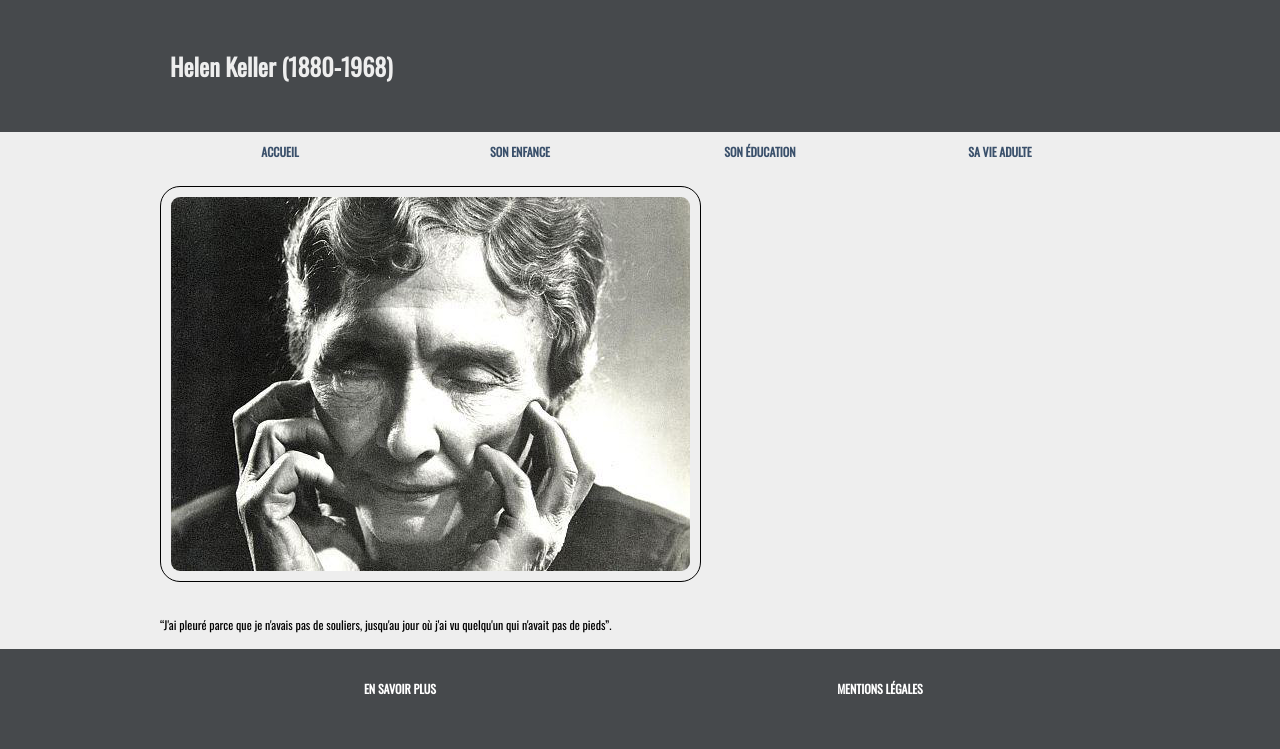
Repository: Luc010/Exercices
Page: HTML CSS/biographie_helen_keller/index.html
The author's editor kept a copy of each file at every save. The page is drawn from the files as they stood at one save, then again after the next save.
The browser window is 1280 px wide. The pictures show the whole page.

Above is the page before, as saved 2019-09-05 14:38:23.
Console error: ReferenceError: cookieChoices is not defined
Not found: HTML CSS/votre-repertoire/cookiechoices.js

After the next save:
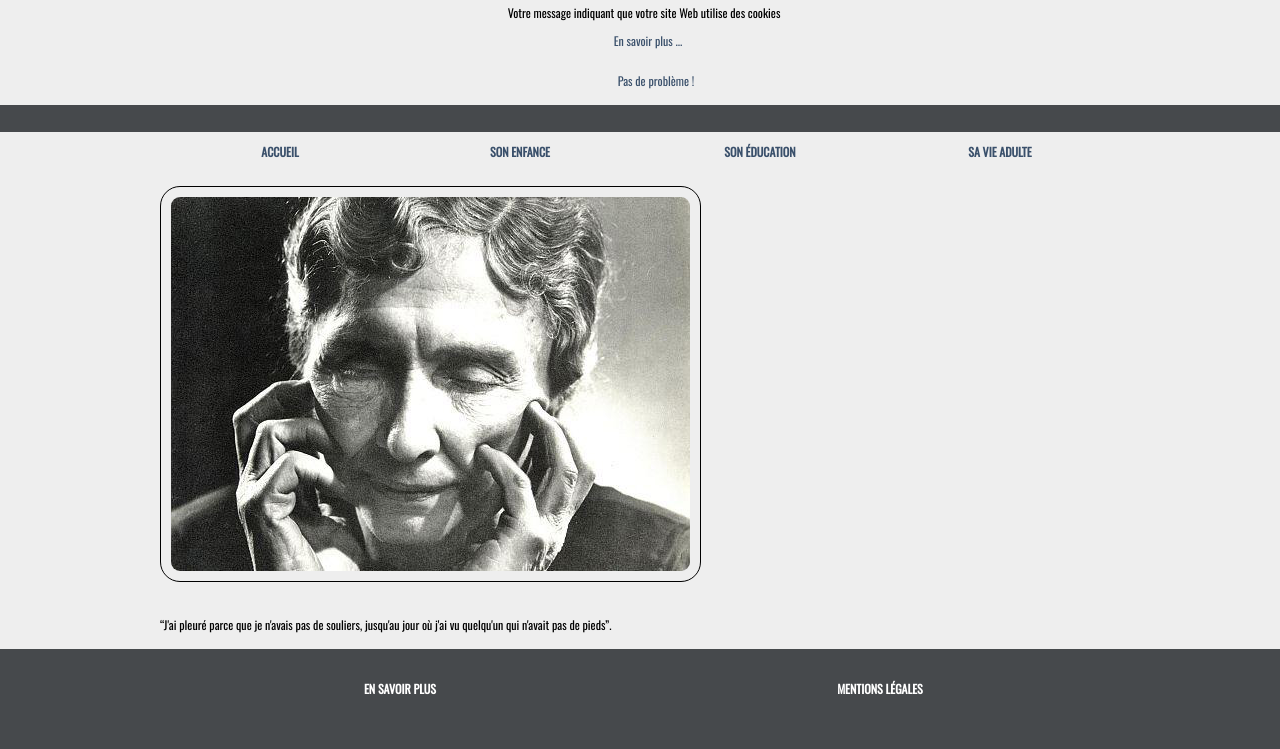
The error is gone.
Saved 9 s later.
--- a/HTML CSS/biographie_helen_keller/index.html
+++ b/HTML CSS/biographie_helen_keller/index.html
@@ -38,7 +38,7 @@
             </ul>
         </div>
     </footer>
-    <script src="/votre-repertoire/cookiechoices.js"></script>
+    <script src="cookiechoices.js"></script>
     <script>document.addEventListener('DOMContentLoaded', function(event) {
         cookieChoices.showCookieConsentBar('Votre message indiquant que votre site Web utilise des cookies',
           'Pas de problème !', 'En savoir plus ...', 'http://votre-site.com/confidentialite/cookie.html');
